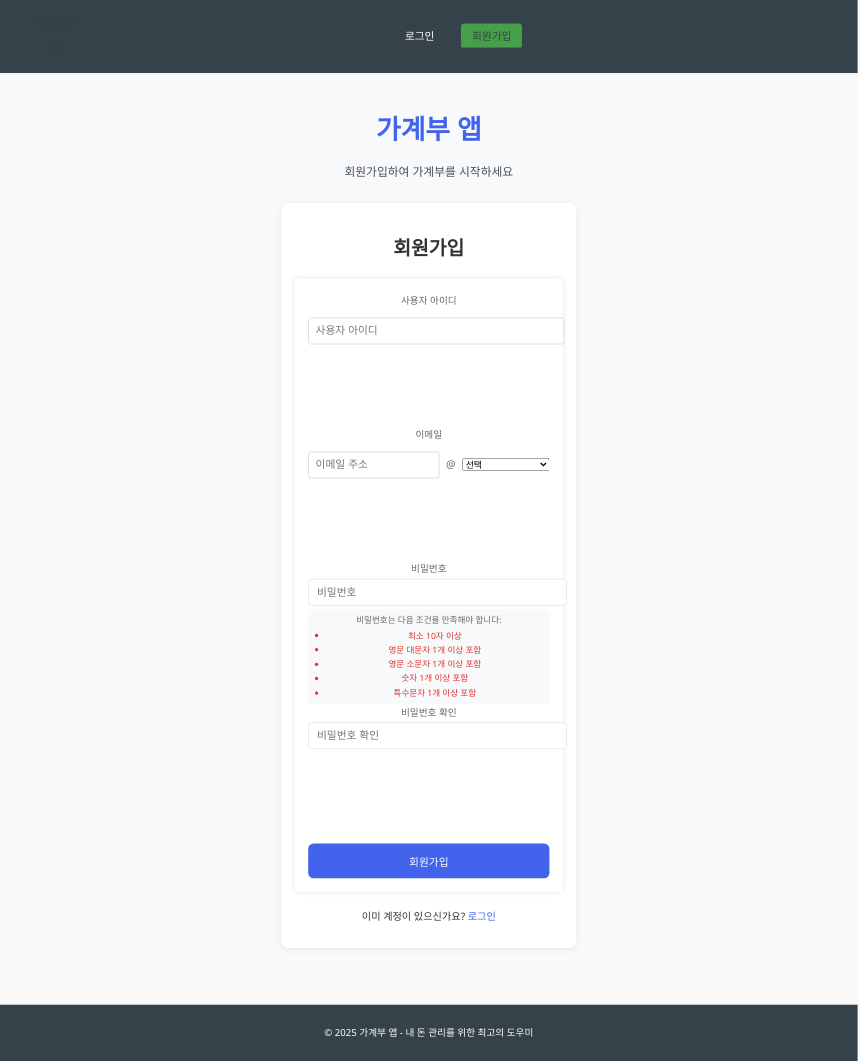
Repository: dldnwls07/Register_Login_Form
Page: /register
The author's editor kept a copy of each file at every save. The page is drawn from the files as they stood at one save, then again after the next save.
The browser window is 1280 px wide. The pictures show the whole page, at 67% of full size.
The project was rebuilt for these pictures with package versions that can differ from the ones it lists, and the page was loaded fresh each time. Also part of the build but not shown: src/components/Summary.jsx, src/styles/pages/MainPage.css, src/pages/MainPage.jsx, src/utils/categoryData.js, src/components/CategorySelector.jsx, src/components/EntryForm.jsx, src/components/EntryTable.jsx, src/components/SearchBar.jsx and 15 more.

Above is the page before, as saved 2025-05-23 14:13:25.

After the next save:
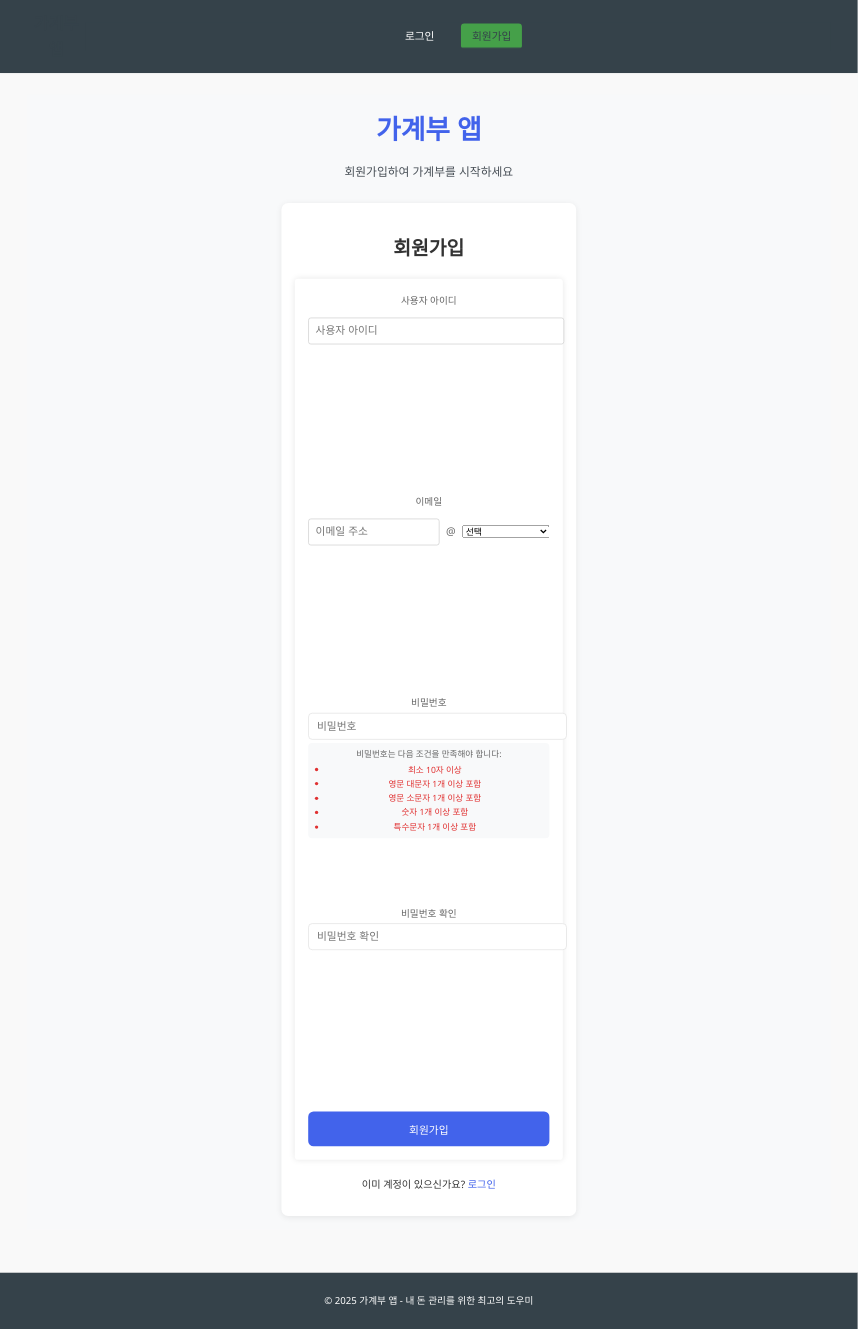
Saved 4 s later.
--- a/src/styles/components/AuthForm.css
+++ b/src/styles/components/AuthForm.css
@@ -26,7 +26,7 @@
 .form-group {
   display: flex;
   flex-direction: column;
-  margin-bottom: 0px;
+  margin-bottom: 100px;
 }
 
 .form-group label {
